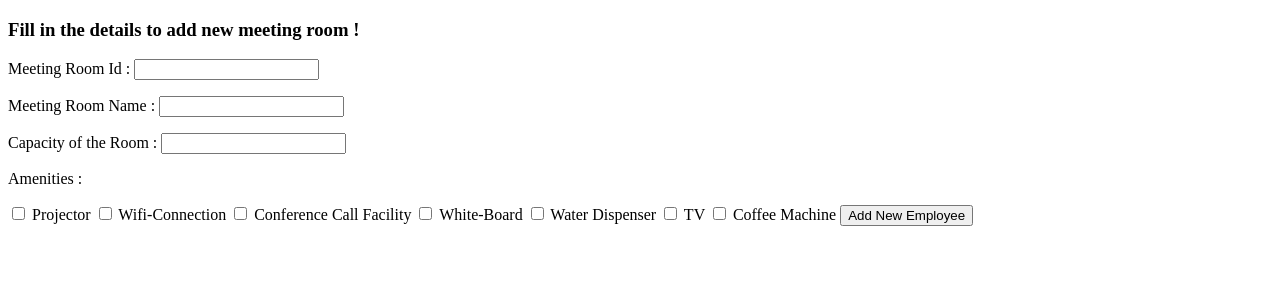
Repository: pavleen14/techyons-code-fury
Page: http://localhost/meetingroommanagement/admin?option=create
The author's editor kept a copy of each file at every save. The page is drawn from the files as they stood at one save, then again after the next save.
The browser window is 1280 px wide. The pictures show the whole page.
The page is served by Tomcat 9.

Above is the page before, as saved 2021-09-25 07:49:34.

After the next save:
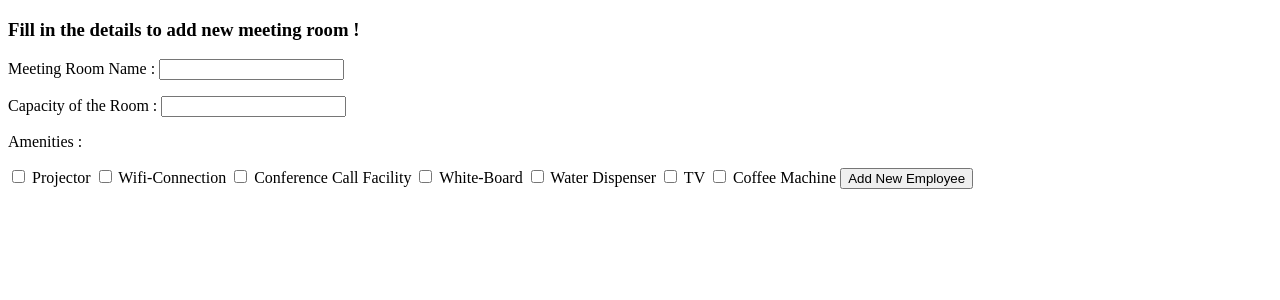
Saved 7 s later.
--- a/application/meetingroommanagement/src/main/webapp/addNewRoom.jsp
+++ b/application/meetingroommanagement/src/main/webapp/addNewRoom.jsp
@@ -7,8 +7,6 @@
 <body>
 <h3>Fill in the details to add new meeting room !</h3>
 <form action="http://localhost:8080/meetingroommanagement/meetingroom" method=POST>
-   Meeting Room Id :
-   <input type="text" name="mid" ><p>
    Meeting Room Name :
    <input type="text" name="mname"><p>
    Capacity of the Room :
